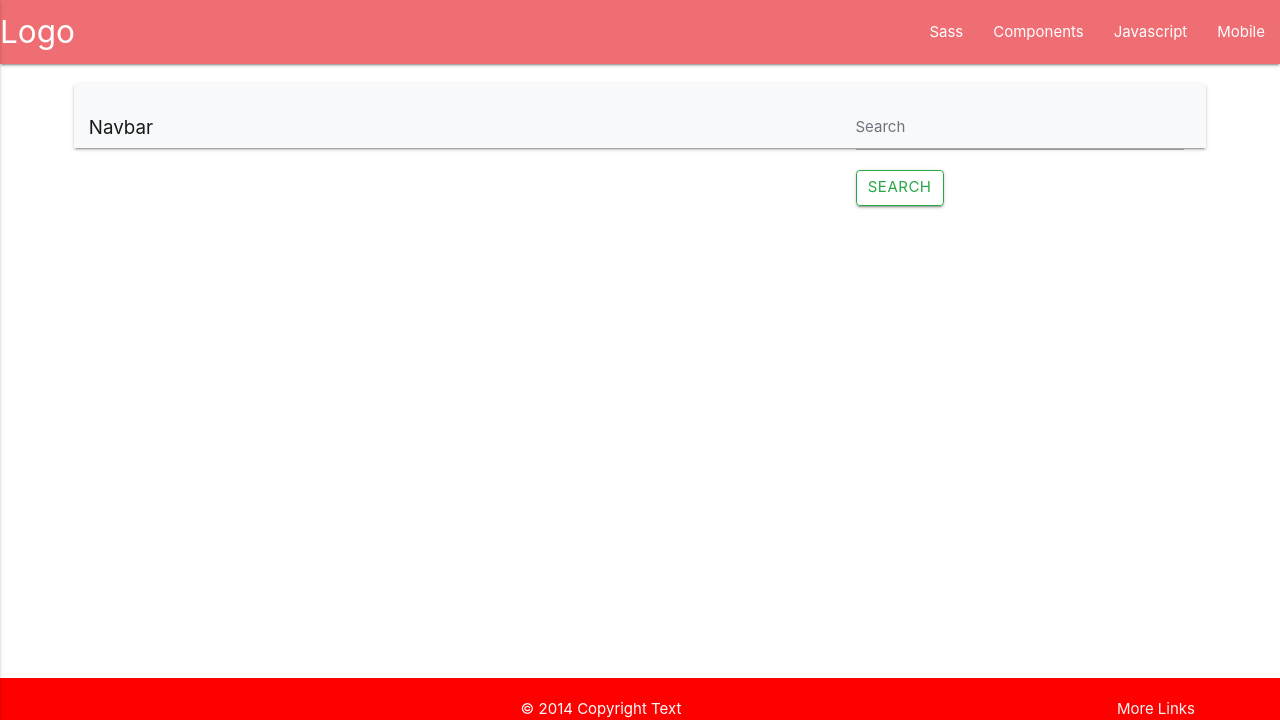
Repository: Lemoenskil/Milestone_project_3_Garden_planner
Page: http://localhost/
The author's editor kept a record of every edit. The page is drawn from the files as they stood at one moment, then again after the next edit.
The browser window is 1280 px wide. The pictures show the whole page.
Some web libraries are served in a nearby version. The page is served by the project's application, run on Flask 3 (app.py). Queries for data that is not in the repository find no rows.

Above is the page before.
Console error: TypeError: Cannot read properties of undefined (reading 'fn')

### templates/plant_records.html
{% extends "base.html" %}
{% block content %}

    <div class="row text-center">
      {% for plant in plants%}

        <a href="#" class="card col-md-11 col-lg-3 mt-5 col-sm-11 col-xl-3" >
          <img src="{{plant.picture_link}}" class="card-img-top" alt="">
              <div class="card-body">
                <h5 class="card-title">{{plant.plant_name}}</h5>
              </div>
        </a>
      {%endfor%}
    </div>
    <div class="row">
      <nav class="navbar navbar-light bg-light">
        <a class="navbar-brand">Navbar</a>
        <form class="form-inline my-2 my-lg-0">
          <input class="form-control mr-sm-2" type="search" placeholder="Search">
          <button class="btn btn-outline-success my-2 my-sm-0" type="submit">Search</button>
        </form>
      </nav>
    </div>


{% endblock %}

### templates/base.html
<!DOCTYPE html>
<html lang="en">
<head>
    <meta charset="UTF-8">
    <meta name="viewport" content="width=device-width, initial-scale=1.0">
    <meta http-equiv="X-UA-Compatible" content="ie=edge">
     <link href="https://fonts.googleapis.com/icon?family=Material+Icons" rel="stylesheet">
    <link rel="stylesheet" href="https://cdnjs.cloudflare.com/ajax/libs/materialize/0.100.2/css/materialize.min.css">
    <link href="https://stackpath.bootstrapcdn.com/bootstrap/4.4.1/css/bootstrap.min.css" rel="stylesheet" integrity="sha384-Vkoo8x4CGsO3+Hhxv8T/Q5PaXtkKtu6ug5TOeNV6gBiFeWPGFN9MuhOf23Q9Ifjh" crossorigin="anonymous">
    <script src="https://maxcdn.bootstrapcdn.com/bootstrap/4.1.1/js/bootstrap.min.js"></script>
    <link rel="stylesheet" href="{{url_for('static', filename='css/style.css')}}" type="text/css" />
    <title>Garden Planner</title>
</head>
<body>
    <header>
       <nav>
            <div class="nav-wrapper">
                <a href="#!" class="brand-logo">Logo</a>
                <a href="#" data-activates="mobile-demo" class="button-collapse"><i class="material-icons">menu</i></a>
                <ul class="right hide-on-med-and-down">
                    <li><a href="sass.html">Sass</a></li>
                    <li><a href="badges.html">Components</a></li>
                    <li><a href="collapsible.html">Javascript</a></li>
                    <li><a href="mobile.html">Mobile</a></li>
                </ul>
                <ul class="side-nav" id="mobile-demo">
                    <li><a href="sass.html">Sass</a></li>
                    <li><a href="badges.html">Components</a></li>
                    <li><a href="collapsible.html">Javascript</a></li>
                    <li><a href="mobile.html">Mobile</a></li>
                </ul>
            </div>
        </nav>
    </header>

    <main class="container">
        {% block content %}{% endblock %}
    </main>

    <footer class="page-footer">
        <div class="container" class="footer-copyright">
            © 2014 Copyright Text
            <a class="grey-text text-lighten-4 right" href="#!">More Links</a>
        </div>
    </footer>
    <script src="https://code.jquery.com/jquery-3.4.1.slim.min.js" integrity="sha384-J6qa4849blE2+poT4WnyKhv5vZF5SrPo0iEjwBvKU7imGFAV0wwj1yYfoRSJoZ+n" crossorigin="anonymous"></script>
    <script src="https://cdnjs.cloudflare.com/ajax/libs/jquery/3.2.1/jquery.min.js"></script>
    <script src="https://stackpath.bootstrapcdn.com/bootstrap/4.4.1/js/bootstrap.min.js"></script>
    <script src="https://cdnjs.cloudflare.com/ajax/libs/materialize/0.100.2/js/materialize.min.js"></script>
    <script type="text/javascript">
        $(document).ready(function() {
            $(".button-collapse").sideNav();
        });
            $('.carousel').carousel({
        interval: 2000
        });


    </script>
</body>
</html>

### app.py
import os
from flask import Flask, render_template, redirect, request, url_for
from flask_pymongo import PyMongo, DESCENDING
from bson.objectid import ObjectId


app = Flask ("----name----")
app.config["MONGO_DBNAME"] = 'garden_planner'
app.config["MONGO_URI"] = 'mongodb+srv://CP3O:iYmkh8QOgi2fhu2y@lemoenskil-4vjdx.mongodb.net/garden_planner?retryWrites=true&w=majority'

mongo = PyMongo(app)

@app.route('/')
@app.route('/plant_records')
def get_plant_record():
    plant_cards = mongo.db.plant_data.find().sort([('views', DESCENDING)]).limit(6)
    return render_template("plant_records.html", title="Home", plants = plant_cards)



if __name__ == '__main__':
    app.run(host=os.environ.get('IP'),
            port=int(os.environ.get('PORT')),
            debug=True)

### static/css/style.css
.mt-5, .my-5 {
    margin: 2rem!important;
}

.card{
  width: 100%;
}

body {
  display: flex;
  min-height: 100vh;
  flex-direction: column;
}

main {
  flex: 1 0 auto;
}


.page-footer{
    position: fixed;
   left: 0;
   bottom: 0;
   width: 100%;
   background-color: red;
   color: white;
   text-align: center;
}

.card-sm{
  margin-bottom: 50px;
}

.form-control-borderless {
    border: none;
}

.form-control-borderless:hover, .form-control-borderless:active, .form-control-borderless:focus {
    border: none;
    outline: none;
    box-shadow: none;
}

.search_box{
    width: 100%;
    margin: 6%;
}
.align-items-center{
    margin: 0px!important;
}

After the next edit:
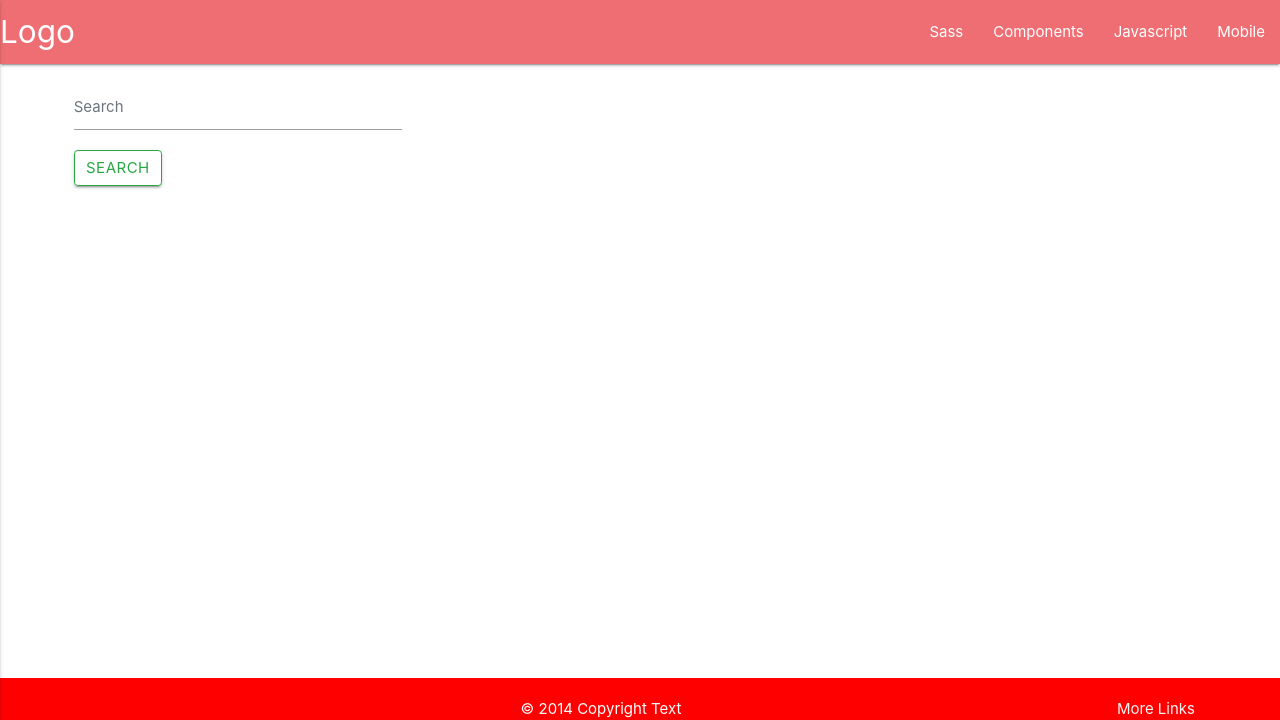
The edit:
--- a/templates/plant_records.html
+++ b/templates/plant_records.html
@@ -13,8 +13,7 @@
       {%endfor%}
     </div>
     <div class="row">
-      <nav class="navbar navbar-light bg-light">
-        <a class="navbar-brand">Navbar</a>
+
         <form class="form-inline my-2 my-lg-0">
           <input class="form-control mr-sm-2" type="search" placeholder="Search">
           <button class="btn btn-outline-success my-2 my-sm-0" type="submit">Search</button>
